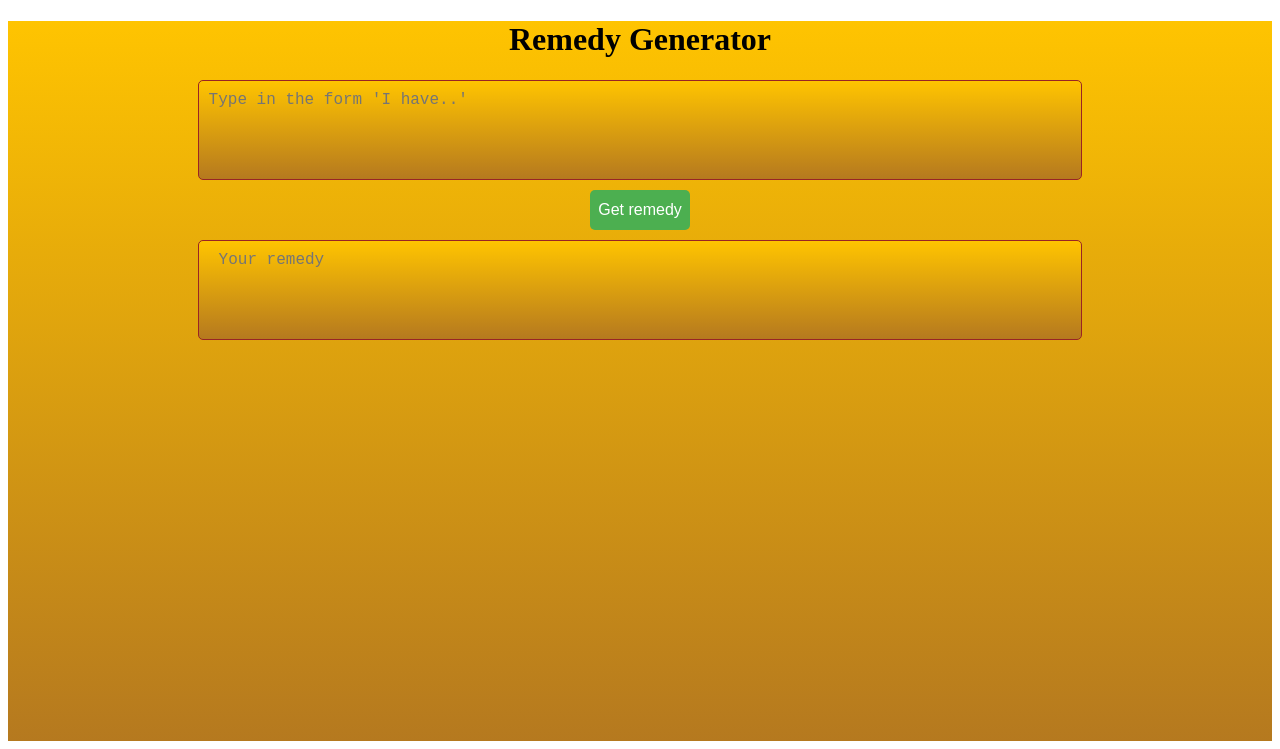
Repository: krutarthh/Ayurvedic-Remedy
Page: index.html
An editor plug-in stored every save of this project. The page is shown before and after the next save, followed by the edit.
The browser window is 1280 px wide. The pictures show the whole page.

Above is the page before, as saved 2024-04-06 17:40:31.

After the next save:
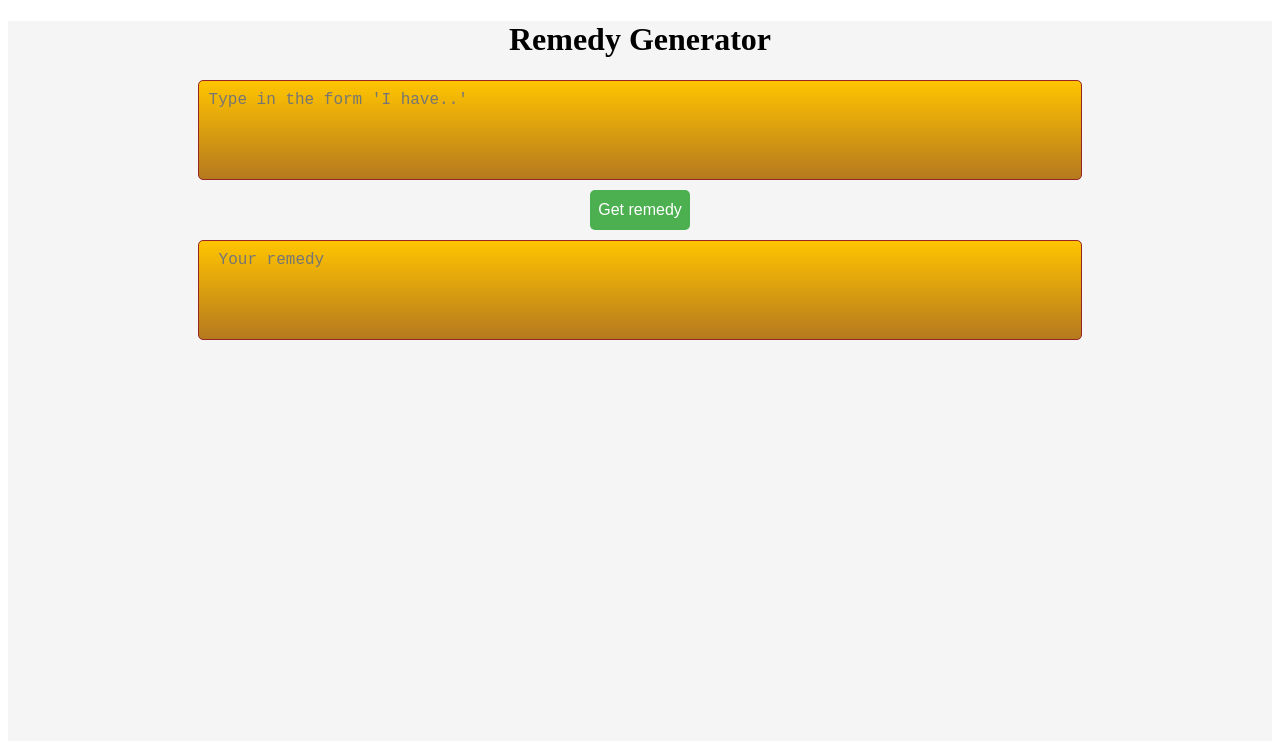
Saved 6 s later.
--- a/app.css
+++ b/app.css
@@ -7,7 +7,7 @@
     justify-content: center;
     height: 100vh;
     text-align: center;
-    background: linear-gradient(to bottom, #ffc400, #b5791f);
+
     background-color: #f5f5f5;
 }
 
